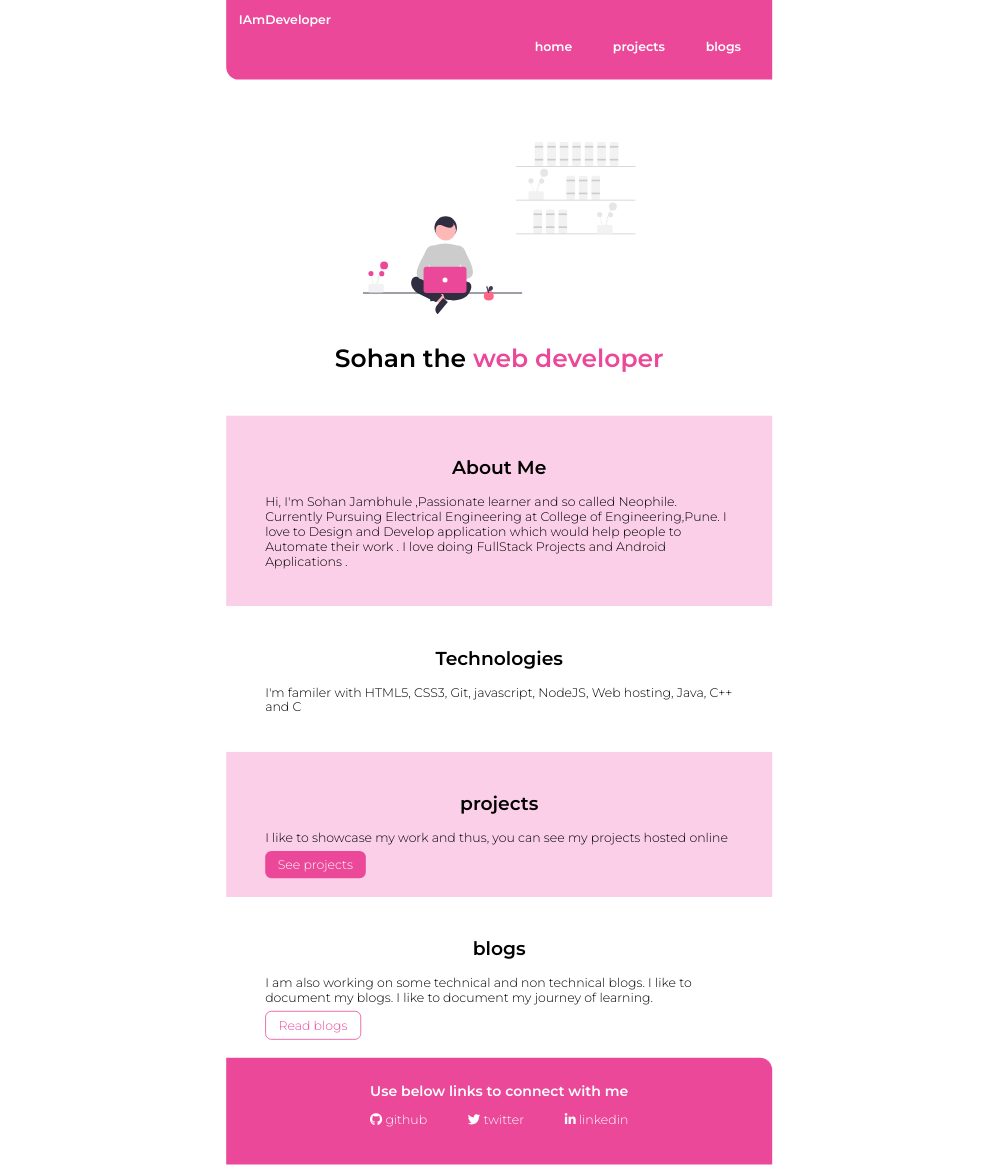
Repository: sohan2503001/Portfolio
Page: index.html
An editor plug-in stored every save of this project. The page is shown before and after the next save, followed by the edit.
The browser window is 1280 px wide. The pictures show the whole page, at 78% of full size.

Above is the page before, as saved 2021-04-10 11:22:20.

### index.html
<!DOCTYPE html>
<html lang="en">

<head>
  <meta charset="UTF-8" />
  <meta name="viewport" content="width=device-width, initial-scale=1.0" />
  <title>home | Sohan Jambhule</title>
  <link rel="stylesheet" href="style.css" />
  <link rel="stylesheet" href="https://cdnjs.cloudflare.com/ajax/libs/font-awesome/5.15.1/css/all.min.css">
  <link rel="icon" href="images/favicon.svg" sizes="any" type="image/svg+xml">

</head>

<body>

  <nav class="navigation container">
    <div class="nav-brand">IAmDeveloper</div>
    <ul class="list-non-bullet nav-pills">
      <li class="list-item-inline">
        <a class="link link-active" href="/">home</a>
      </li>
      <li class="list-item-inline">
        <a class="link link-active" href="projects.html">projects</a>
      </li>
      <li class="list-item-inline">
        <a class="link link-active" href="blogs.html">blogs</a>
      </li>
    </ul>
  </nav>

  <header class="hero">
    <img class="hero-img" src="images/hero.svg" alt="" />
    <h1 class="hero-heading">
      Sohan the <span class="heading-inverted"> web developer</span>
    </h1>
  </header>

  <section class="section ow">
    <div class="container container-center">
      <h1>About Me</h1>
      <p>
        Hi, I'm Sohan Jambhule ,Passionate learner and so called Neophile.
        Currently Pursuing Electrical Engineering at College of Engineering,Pune.
        I love to Design and Develop application which would help people to Automate their work .
        I love doing FullStack Projects and Android Applications .
      </p>
    </div>
  </section>

  <section class="section">
    <div class="container container-center">
      <h1>Technologies</h1>
      <p>
        I'm familer with HTML5, CSS3, Git, javascript, NodeJS, Web hosting,
        Java, C++ and C
      </p>
    </div>
  </section>

  <section class="section ow">
    <div class="container container-center">
      <h1>projects</h1>
      <p>
        I like to showcase my work and thus, you can see my projects hosted
        online
      </p>
      <a class="link link-primary" href="projects.html">See projects</a>
    </div>
  </section>

  <section class="section ">
    <div class="container container-center">
      <h1>blogs</h1>
      <p>
        I am also working on some technical and non technical blogs. I like to
        document my blogs. I like to document my journey of learning.
      </p>
      <a class="link link-secondary" href="blogs.html">Read blogs</a>
    </div>
  </section>

  <footer class="footer">
    <div class="footer-header">Use below links to connect with me</div>
    <ul class="social-links list-non-bullet">
      <li class="list-item-inline">
        <a class="link" href="https://github.com/sohan2503001" target="_blank"><i class="fab fa-github"
            aria-hidden="true"></i>
          github
        </a>
      </li>
      <li class="list-item-inline">
        <a class="link" href="https://twitter.com/JambhuleSohan" target="_blank"><i class="fab fa-twitter"></i>
          twitter
        </a>
      </li>
      <li class="list-item-inline">
        <a class="link" href="https://www.linkedin.com/in/sohan-jambhule-144528198/" target="_blank"><i
            class="fab fa-linkedin-in"></i>
          linkedin
        </a>
      </li>

    </ul>
  </footer>

</body>

</html>

### style.css
@import url('https://fonts.googleapis.com/css2?family=Montserrat:wght@300;600&display=swap');

:root{
    --primary-color: #EC4899;
    --dark-gray: #4B5563;
    --off-white: #FBCFE8;
}

body {
    font-family: 'Montserrat', sans-serif;
    margin: auto;
    max-width: 700px;
    width: 100%;
}

hr{
    margin: 2rem 0rem;
}

/** container **/
.container{
    padding: 0rem 1rem;
}

.container-center{
    max-width: 600px;
    margin: auto;
}

/** links **/
.link{
    text-decoration: none;
    padding: 0.5rem 1rem;
    /*margin: 1rem 0rem 1rem 0rem;*/
}

.link-primary{
    background-color: var(--primary-color);
    border-radius: 0.5rem;
    color:white;
}

.link-secondary{
    color: var(--primary-color);
    border-radius: 0.5rem;
    border: 1px solid var(--primary-color);
}

/** lists **/

.list-non-bullet{
    list-style: none;
}

.list-item-inline{
    display: inline;
    padding: 0rem 0.5rem;
}

/** navigation **/

.navigation{
    background-color: var(--primary-color);
    color: white;
    padding: 1rem;
    border-bottom-left-radius: 1rem;
}

.navigation .nav-brand{
    font-weight: bold;
}

.navigation .nav-pills{
    text-align: right;
}

.navigation .link{
    color: white;
}

.navigation .link-active{
    font-weight: bold;
}

/**header **/

.hero{
    padding: 2rem;
    padding-top: 5rem;
}

.hero .hero-img{
    max-width: 350px;
    display: block;
    margin: auto;
}

.hero .hero-heading{
    padding-top: 1rem;
    color: var(--dark-red);
    text-align: center;
}

.hero .hero-heading .heading-inverted{
    color: var(--primary-color)
}

/** section **/
.section{
    padding: 2rem;
}

.section h1{
    text-align: center;
}

.ow {
    background-color: var(--off-white);
}

/**footer **/

.footer{
    background-color: var(--primary-color);
    padding: 2rem 1rem;
    text-align: center;
    color: white;
    border-top-right-radius: 1rem;
    position: relative;
}

.footer .link{
    color: white;
}

.footer .footer-header{
    font-weight: bold;
    font-size: large;
}

.footer ul{
    padding-inline-start: 0px;
}

After the next save:
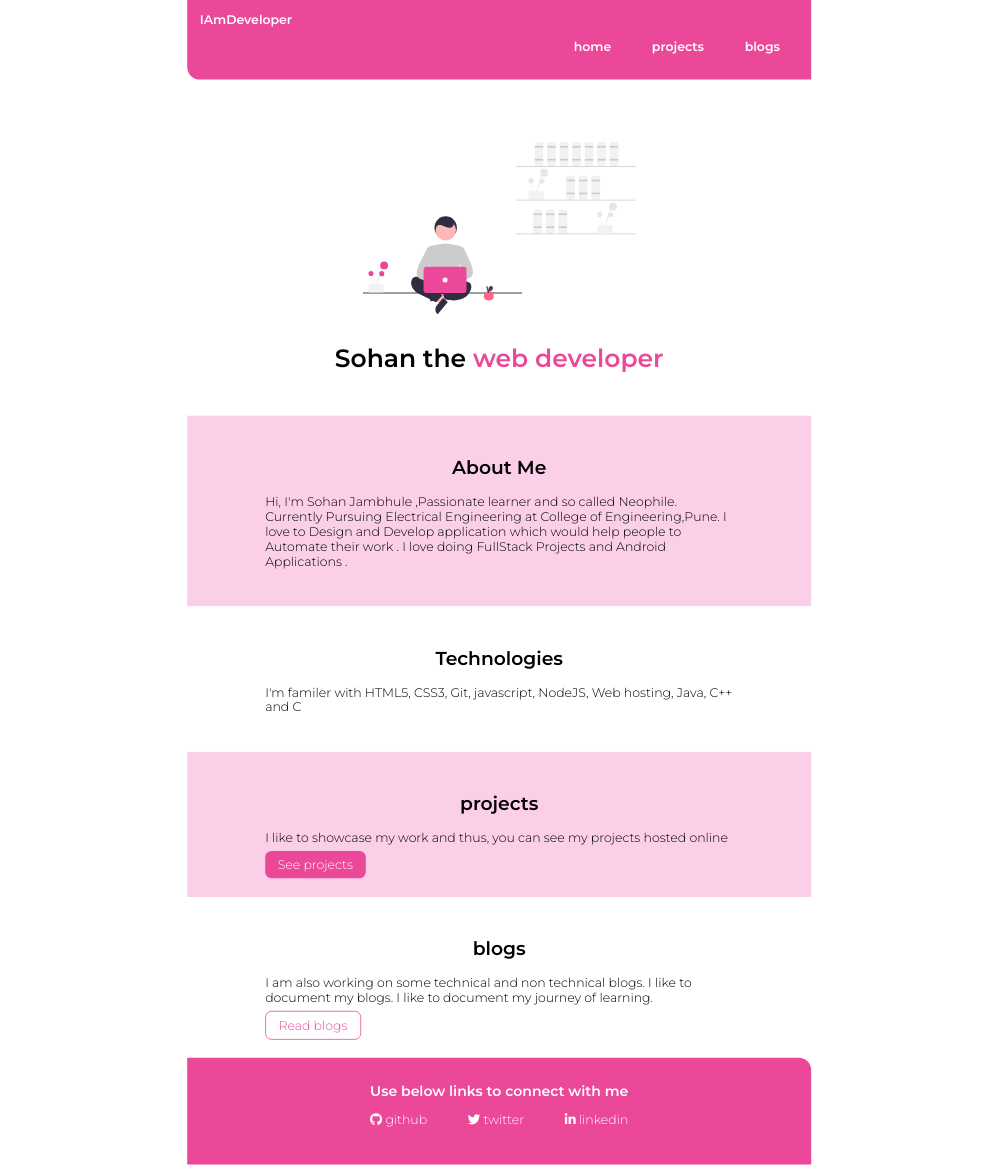
Saved 8 s later.
--- a/style.css
+++ b/style.css
@@ -9,7 +9,7 @@
 body {
     font-family: 'Montserrat', sans-serif;
     margin: auto;
-    max-width: 700px;
+    max-width: 800px;
     width: 100%;
 }
 
